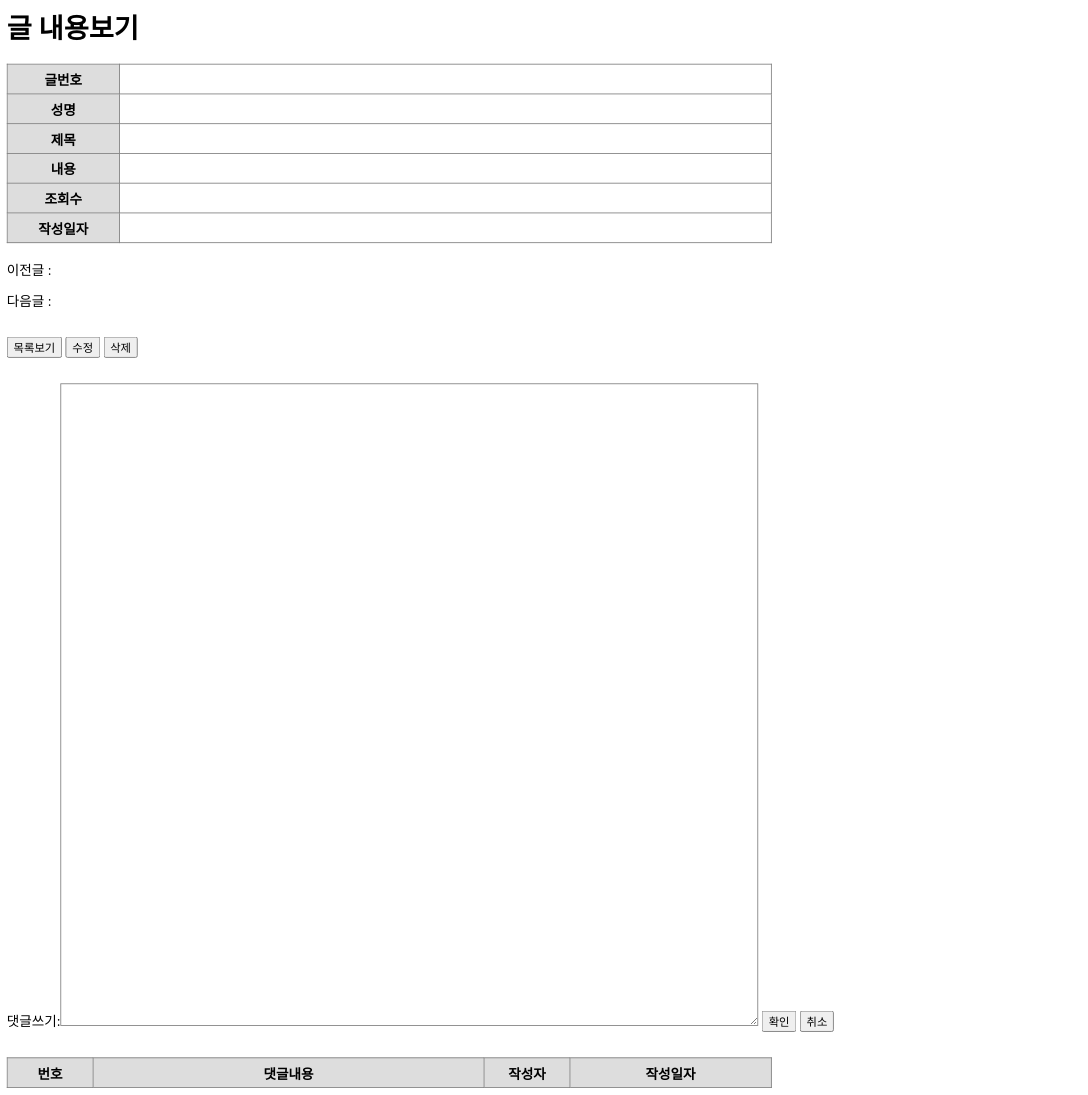
Repository: gold37/Spring
Page: http://localhost/Board/WEB-INF/views/tiles1/board/view.jsp
These files come from the project's save history. The page is drawn as it stood at one moment and after the next save; the edit follows.
The browser window is 1280 px wide. The pictures show the whole page, at 85% of full size.
The page is served by Tomcat 9. Nobody is signed in. The template is opened directly, without the code that normally fills it, so the values that code supplies are empty.

Above is the page before, as saved 2020-07-17 06:46:01.
Console error: ReferenceError: $ is not defined

After the next save:
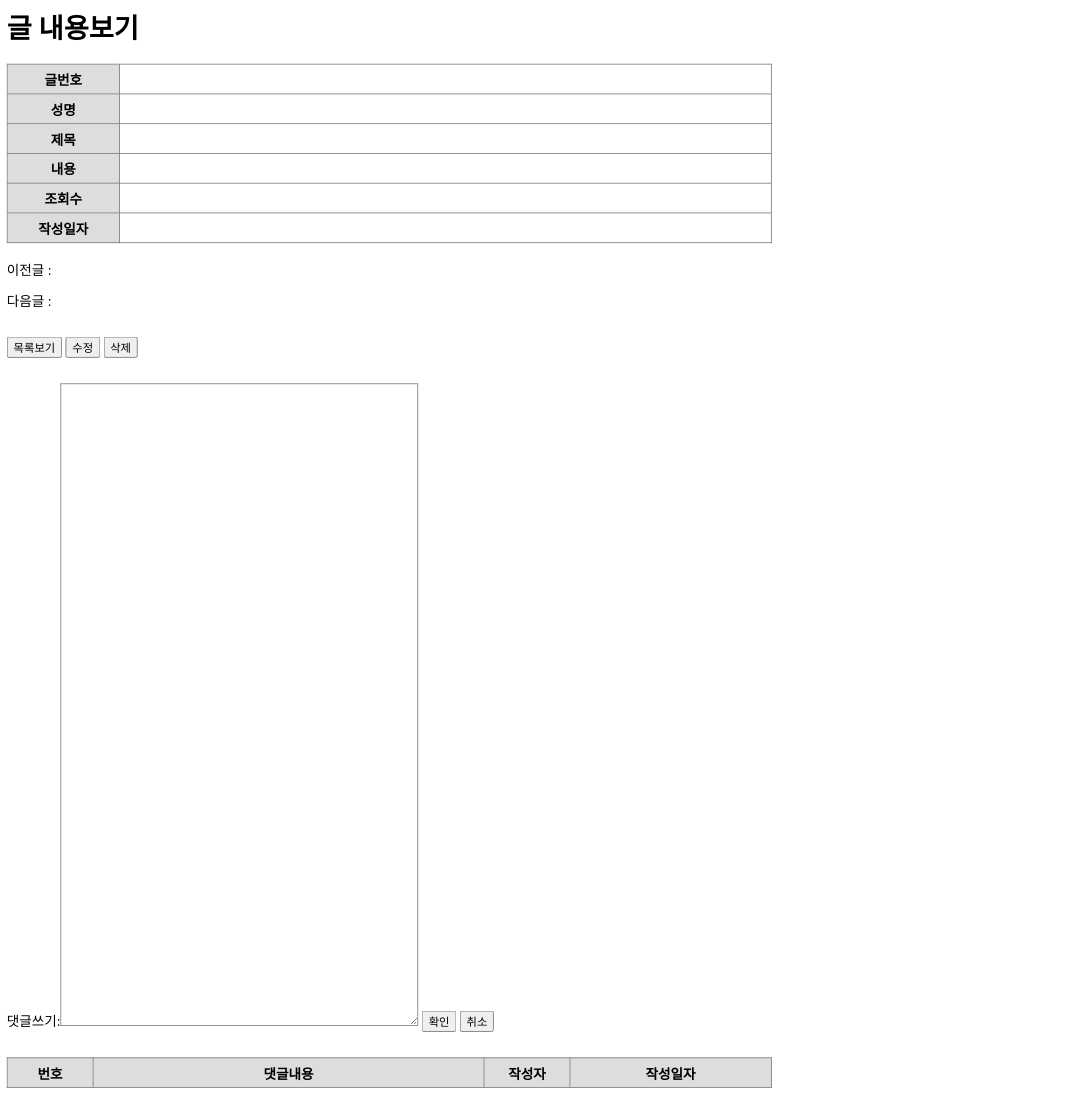
Saved 5 s later.
--- a/springworkspace/Board/src/main/webapp/WEB-INF/views/tiles1/board/view.jsp
+++ b/springworkspace/Board/src/main/webapp/WEB-INF/views/tiles1/board/view.jsp
@@ -96,7 +96,7 @@ a {text-decoration: none !important;}
 
 
 	<div style="margin-top: 30px;">
-		댓글쓰기:<textarea rows="50" cols="100"></textarea>
+		댓글쓰기:<textarea rows="50" cols="50"></textarea>
 		<button>확인</button>
 		<button>취소</button>
 	</div>
